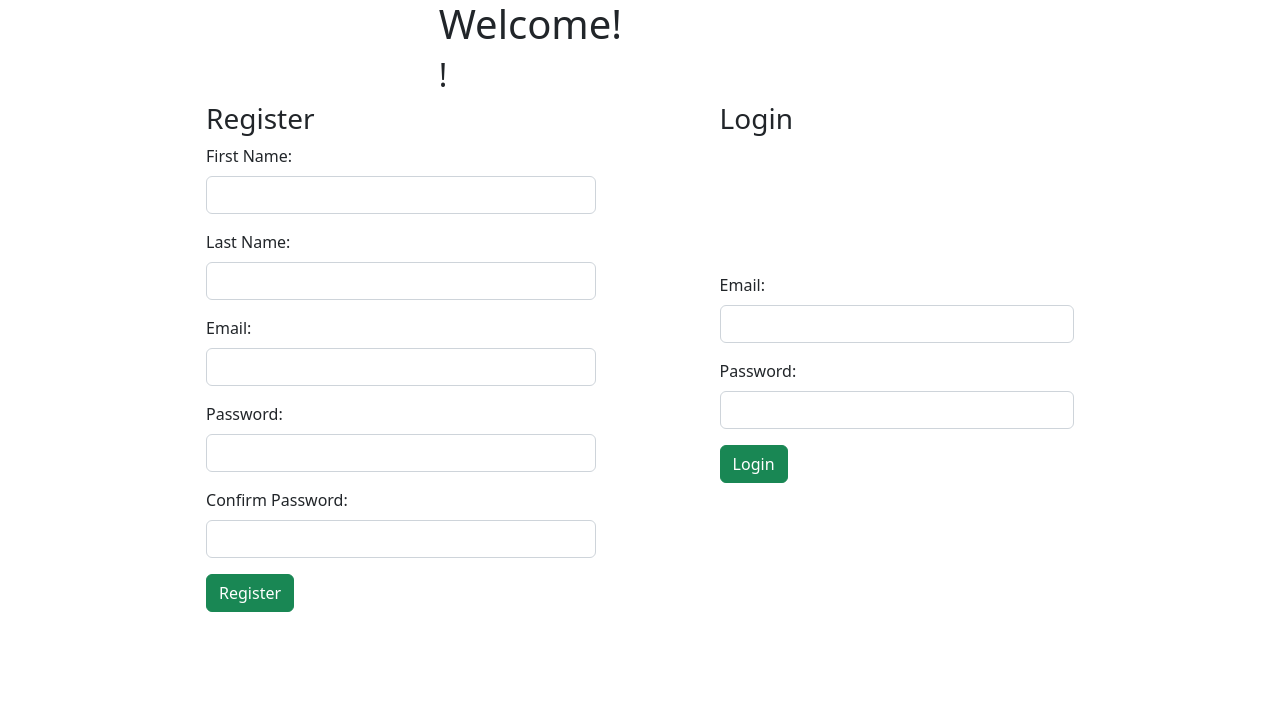
Repository: Watchitgo333/JavaTemplates
Page: http://localhost/ProjectManager/WEB-INF/Index.jsp
The author's editor kept a copy of each file at every save. The page is drawn from the files as they stood at one save, then again after the next save.
The browser window is 1280 px wide. The pictures show the whole page.
The page is served by Tomcat 9. Nobody is signed in. The template is opened directly, without the code that normally fills it, so the values that code supplies are empty.

Above is the page before, as saved 2022-06-19 01:46:04.

After the next save:
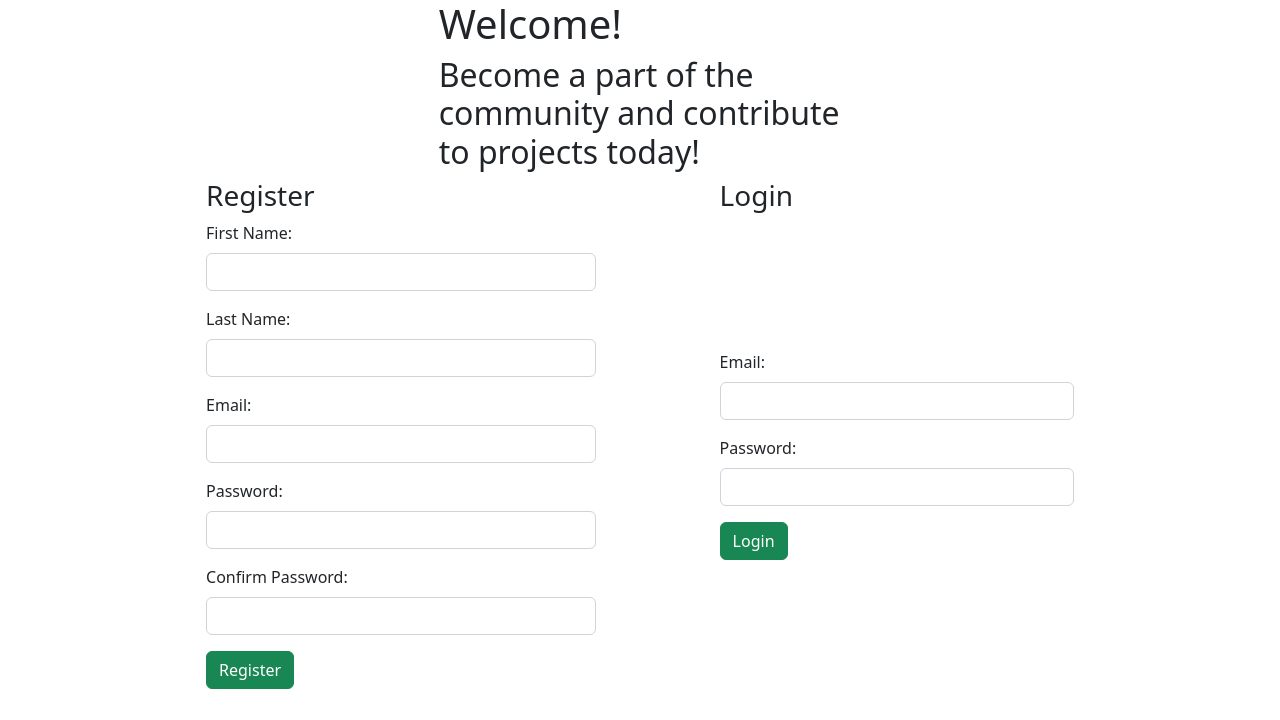
Saved 3 min 52 s later.
--- a/TemplateCode/ProjectManager/ProjectManager/src/main/webapp/WEB-INF/Index.jsp
+++ b/TemplateCode/ProjectManager/ProjectManager/src/main/webapp/WEB-INF/Index.jsp
@@ -13,7 +13,7 @@
 <body>
 	<div class="mx-auto row col-4">
 		<h1>Welcome!</h1>
-		<h2>!</h2>
+		<h2>Become a part of the community and contribute to projects today!</h2>
 	</div>
 	<div class="container d-flex justify-content-evenly">
 		<div class="row">
